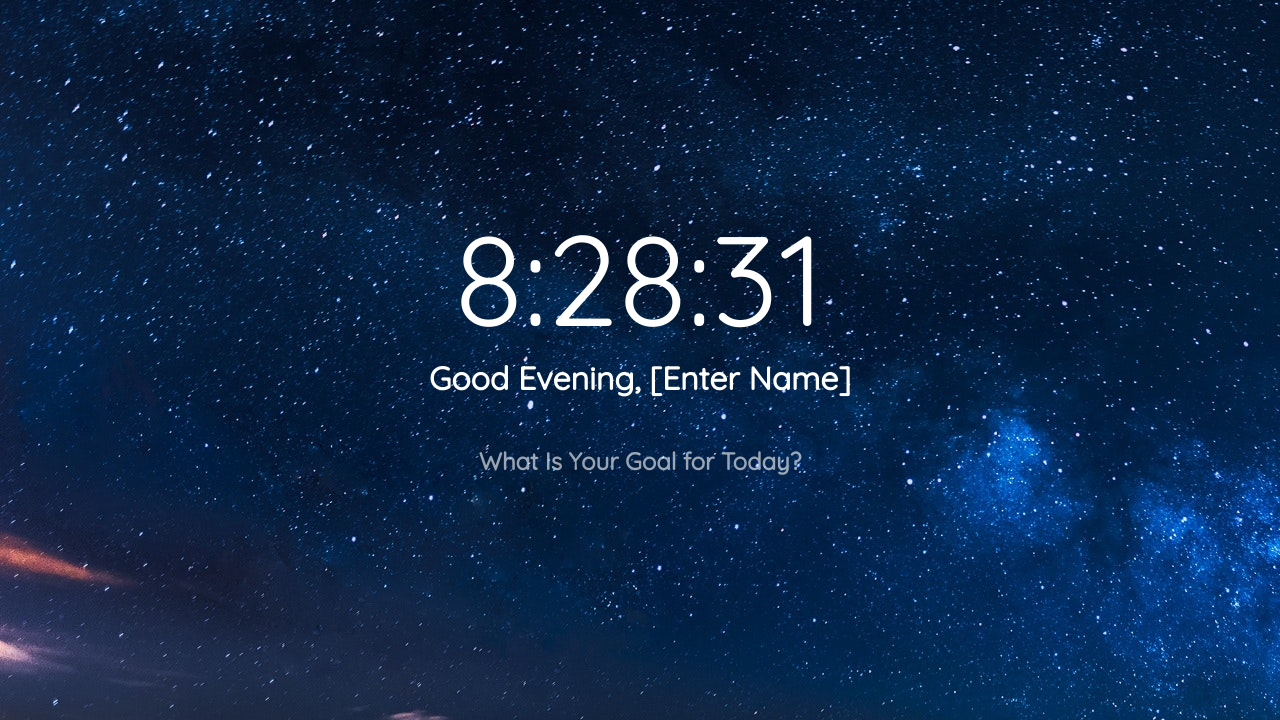
Repository: MikeTroianello/Landing-Page
Page: index.html
The author's editor kept a copy of each file at every save. The page is drawn from the files as they stood at one save, then again after the next save.
The browser window is 1280 px wide. The pictures show the whole page.

Above is the page before, as saved 2019-06-20 00:02:36.

### index.html
<!DOCTYPE html>
<html lang="en">
  <head>
    <meta charset="UTF-8" />
    <meta name="viewport" content="width=device-width, initial-scale=1.0" />
    <meta http-equiv="X-UA-Compatible" content="ie=edge" />
    <link
      href="https://fonts.googleapis.com/css?family=Quicksand&display=swap"
      rel="stylesheet"
    />
    <link rel="stylesheet" href="./style.css" />
    <title>Greetings!</title>
  </head>
  <body>
    <time id="time"></time>
    <h1>
      <span id="greeting"></span>
      <span id="name" contenteditable="true"></span>
    </h1>
    <!-- <h2 id="focus">What Is Your Focus for Today?</h2> -->
    <h2 id="goal">What Is Your Goal for Today?</h2>
    <h2 contenteditable="true"></h2>

    <script src="main.js"></script>
  </body>
</html>

### style.css
* {
  box-sizing: border-box;
  margin: 0;
  padding: 0;
}

body {
  font-family: 'Quicksand', sans-serif;
  display: flex;
  flex-direction: column;
  align-items: center;
  justify-content: center;
  text-align: center;
  height: 100vh;
  color: 'black';
}

#time {
  font-size: 8rem;
}

h1 {
  margin-bottom: 3rem;
}

h2 {
  margin-bottom: 0.5rem;
  opacity: 0.6;
}

@media (max-width: 700px) {
  #time {
    font-size: 6rem;
  }
}

### main.js
// DOM Elements
const time = document.getElementById('time'),
  greeting = document.getElementById('greeting'),
  name = document.getElementById('name'),
  goal = document.getElementById('goal');

//SHOW TIME

function showTime() {
  let today = new Date(),
    hour = today.getHours(),
    min = today.getMinutes(),
    sec = today.getSeconds();

  //SET AM OR PM
  const amPm = hour >= 12 ? 'PM' : 'AM';

  //12 Hour Format
  hour = hour % 12 || 12;

  //Output Time
  time.innerHTML = `${hour}<span>:</span>${addZero(min)}<span>:</span>${addZero(
    sec
  )}`;

  setTimeout(showTime, 1000);
}

function addZero(x) {
  return (x < 10 ? '0' : '') + x;
}

//Background

function timeGreeting() {
  let today = new Date(),
    hour = today.getHours();

  if (hour > 17) {
    greeting.innerText = 'Good Evening,';
    document.body.style.backgroundImage = 'url(./img/night.jpg)';
    document.body.style.color = 'white';
  } else if (hour < 12) {
    greeting.innerText = 'Good Morning,';
    document.body.style.backgroundImage = 'url(./img/morning.jpg)';
  } else {
    greeting.innerText = 'Good Afternoon,';
    document.body.style.backgroundImage = 'url(./img/afternoon.jpg)';
  }
}

//Name

function findName() {
  if (localStorage.getItem('name') == null) {
    name.textContent = '[Enter Name]';
  } else {
    name.textContent = localStorage.getItem('name');
  }
}

function setName(e) {
  if (e.type == 'keypress') {
    if (e.key == 13) {
      localStorage.setItem('name', e.target.innerText);
      name.blur();
    }
  } else {
    localStorage.setItem('name', e.target.innerText);
  }
}

name.addEventListener('keypress', setName);
name.addEventListener('blur', setName);

//Goal

function findGoal() {
  if (localStorage.getItem('goal') == null) {
    goal.textContent = '[Enter goal]';
  } else {
    goal.textContent = localStorage.getItem('goal');
  }
}

function setGoal(e) {
  if (e.type == 'keypress') {
    if (e.key == 13) {
      localStorage.setItem('goal', e.target.innerText);
      name.blur();
    }
  } else {
    localStorage.setItem('goal', e.target.innerText);
  }
}

goal.addEventListener('keypress', setGoal);
goal.addEventListener('blur', setGoal);

showTime();
timeGreeting();
findName();

After the next save:
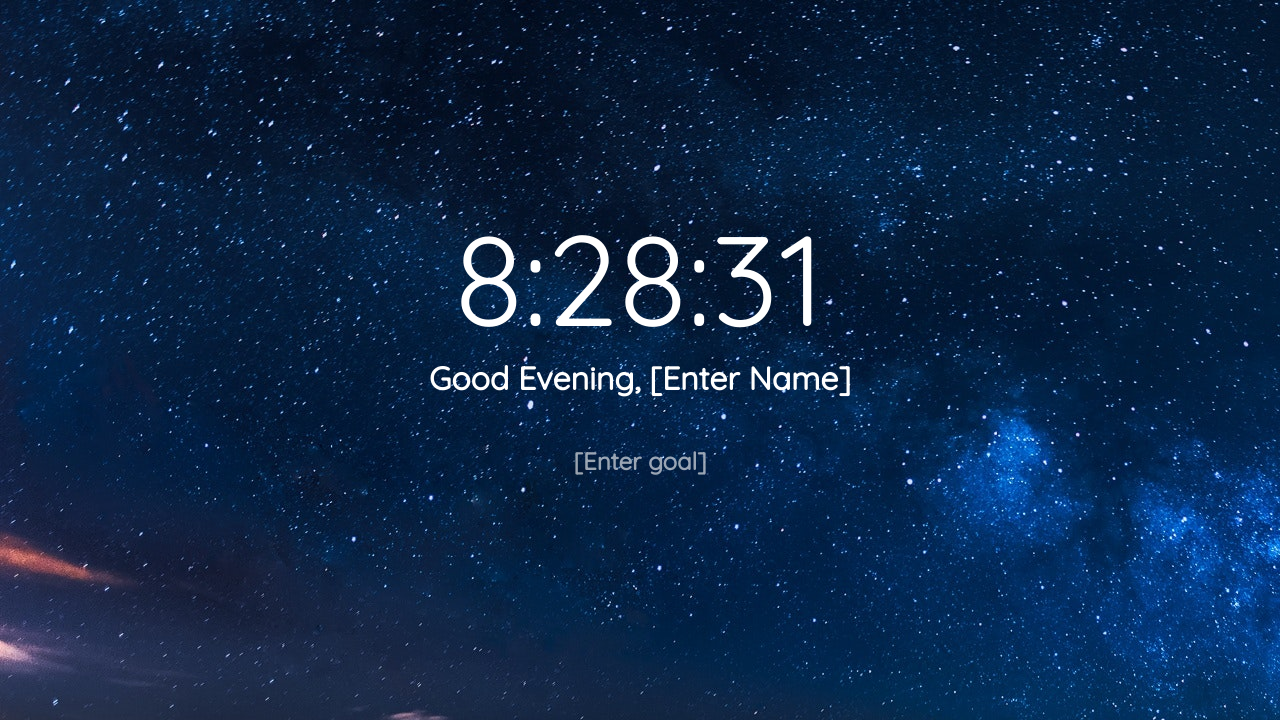
Saved 7 s later.
--- a/main.js
+++ b/main.js
@@ -100,3 +100,4 @@ goal.addEventListener('blur', setGoal);
 showTime();
 timeGreeting();
 findName();
+findGoal();
